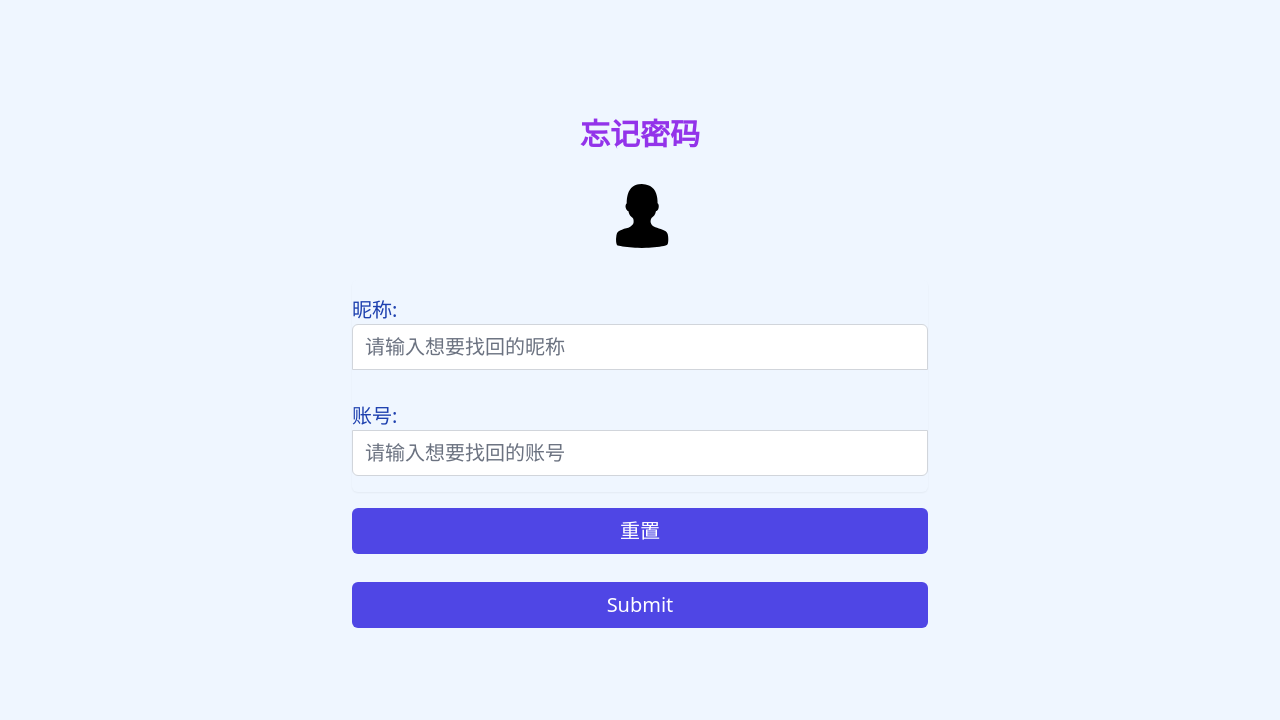
Repository: LiuRuohui/test_the_tailwindcss
Page: /
An editor plug-in stored every save of this project. The page is shown before and after the next save, followed by the edit.
The browser window is 1280 px wide. The pictures show the whole page.
The project was rebuilt for these pictures with package versions that can differ from the ones it lists, and the page was loaded fresh each time. Also part of the build but not shown: vite.config.js, src/components/WelcomingPage.vue, src/components/LoginPage.vue, src/components/MainPage.vue.

Above is the page before, as saved 2022-03-04 21:26:34.

### src/App.vue
<script setup>
import WelcomingPage from "./components/WelcomingPage.vue"
import RegisterPage from "./components/RegisterPage.vue"
import LoginPage from "./components/LoginPage.vue";
import MainPage from "./components/MainPage.vue";
import ForgetPasswd from "./components/ForgetPasswd.vue";
</script>

<template>
<!--<WelcomingPage class="bg-blue-50 page"></WelcomingPage>
<RegisterPage class="bg-blue-50 page"></RegisterPage>
<LoginPage class="bg-blue-50 page"></LoginPage>
<MainPage class="bg-blue-50 page"></MainPage>  -->
<ForgetPasswd class="bg-blue-50 page"></ForgetPasswd>
</template>

<style>
.page{
    height: 100vh;
}
</style>

### src/index.css
@tailwind base;
@tailwind components;
.inputFrame {
    @apply appearance-none rounded-none relative block w-full px-3 py-2 border border-gray-300 placeholder-gray-500 text-gray-900
}

.inputFrame:focus {
    @apply outline-none border-indigo-500 z-10 inline-block px-5 py-3 rounded-lg shadow-lg
}

.btn {
    @apply relative flex w-full justify-center py-2 border border-transparent font-medium rounded-md text-white bg-indigo-600
}

.btn:hover {
    @apply bg-indigo-700
}

.btn:focus {
    @apply outline-none ring-2 ring-offset-2 ring-indigo-500
}

@tailwind utilities;
@layer components {
    .card {
        background-color: theme('colors.blue.500');
        border-radius: theme('borderRadius.lg');
        padding: theme('spacing.6');
        box-shadow: theme('boxShadow.xl');
    }
    /* ... */
}

### src/components/ForgetPasswd.vue
<template>
<div class="flex items-center justify-center py-12 px-4 sm:px-6 lg:px-8c">
    <div class="sm:max-w-xl sm:object-center sm:object-cover w-full space-y-8">
        <div>
            <h2 class="mt-6 text-center text-3xl font-extrabold text-purple-600">忘记密码</h2>
        </div>
        <div>
            <img class="h-16 w-1/2 mx-auto" src="../assets/用户.svg" alt="这里有一张图片">
        </div>
    <form class="mt-8 space-y-4" action="#" method="POST">
      <div class="rounded-md shadow-sm sm:text-xl">
        <div class="py-4 text-blue-800">
          <label for="nickname">昵称:</label>
          <input id="nickname" name="nickname" type="nickname" autocomplete="nickname" required class="inputFrame rounded-t-md  sm:text-xl" placeholder="请输入想要找回的昵称">
        </div>
        <div class="py-4 text-blue-800">
          <label for="account">账号:</label>
          <input id="account" name="account" type="account" autocomplete="current-account" required class="inputFrame rounded-b-md sm:text-xl" placeholder="请输入想要找回的账号">
        </div>
      </div>
      <div class="sm:text-xl sm:mt-8">
        <input value="重置" type="reset" @click="reset" class="btn group sm:text-xl text-center">
        <br>
        <input @click="submit" type="submit" class="btn group sm:text-xl">
      </div>
    </form>
    </div>
</div>
</template>

<script setup>

function seeFunctions(){
  alert("See functions")
}

function reset() {
  var confirmation = confirm('确定要重置数据吗？')
  if(confirmation == true){
    alert('你表单没了')
  }
  else{
    alert('你表单还是没了')
  }
}

function submit() {
  alert('提交数据注册 注册成功返回警示框 注册失败返回原因')
}

</script>

### tailwind.config.js
module.exports = {
    content: [
        "./index.html",
        "./src/**/*.{vue,js,ts,jsx,tsx}",
    ],
    theme: {
        extend: {},
    },
    variants: {
        backgroundColor: ['responsive', 'hover', 'focus', 'active']
    },
    plugins: [],
}

### src/components/RegisterPage.vue
<template>
<div class="flex items-center justify-center py-12 px-4 sm:px-6 lg:px-8c">
    <div class="sm:max-w-xl sm:object-center sm:object-cover w-full space-y-8">
        <div>
            <h2 class="mt-6 text-center text-3xl font-extrabold text-purple-600">注册</h2>
        </div>
        <div>
            <img class="h-16 w-1/2 mx-auto" src="../assets/用户.svg" alt="这里有一张图片">
        </div>
    <form class="mt-8 space-y-4" action="#" method="POST">
      <div class="rounded-md shadow-sm sm:text-xl">
        <div class="py-4 text-blue-800">
          <label for="email-address" class="sr-only ">Account</label>
          <input id="email-address" name="email" type="email" autocomplete="email" required class="appearance-none rounded-none relative block w-full px-3 py-2 border border-gray-300 placeholder-gray-500 text-gray-900 rounded-t-md focus:outline-none focus:ring-indigo-500 focus:border-indigo-500 focus:z-10 sm:text-sm" placeholder="Please input your account">
        </div>
        <div class="py-4 text-blue-800">
          <label for="nickname">昵称:</label>
          <input id="nickname" name="nickname" type="nickname" autocomplete="nickname" required class="inputFrame rounded-t-md  sm:text-xl" placeholder="请输入昵称">
        </div>
        <div class="py-4 text-blue-800">
          <label for="account">账号:</label>
          <input id="account" name="account" type="account" autocomplete="current-account" required class="inputFrame rounded-b-md sm:text-xl" placeholder="请输入账号">
        </div>
        <div class="py-4 text-blue-800">
          <label for="passwd">密码:</label>
          <input id="passwd" name="passwd" type="password" autocomplete="current-password" required class="inputFrame rounded-b-md  sm:text-xl" placeholder="请输入密码">
        </div>
        <div class="py-4 text-blue-800">
          <label for="passwd">再次输入密码:</label>
          <input id="passwd" name="passwd" type="password" autocomplete="current-password" required class="inputFrame rounded-b-md sm:text-xl" placeholder="请再次输入密码">
        </div>
      </div>

      <div class="flex items-center justify-between">
        <div class="text-sm sm:text-xl">
          <a href="#" class="font-medium text-indigo-800 hover:text-indigo-500" @click="seeFunctions"> 查看我们的功能 </a>
        </div>
        <div class="flex items-center">
          <input id="remember-me" name="remember-me" type="checkbox" class="h-4 w-4 text-indigo-600 focus:ring-indigo-500 border-gray-300 rounded">
          <label for="remember-me" class="ml-2 block sm:text-xl text-gray-900"> 同意隐私协议 </label>
        </div>
      </div>
      <div class="sm:text-xl sm:mt-8">
        <input value="重置" type="reset" @click="reset" class="btn group sm:text-xl text-center">
        <br>
        <input @click="submit" type="submit" class="btn group sm:text-xl">
      </div>
    </form>
    </div>
</div>
</template>

<script setup>

function seeFunctions(){
  alert("See functions")
}

function reset() {
  var confirmation = confirm('确定要重置数据吗？')
  if(confirmation == true){
    alert('你表单没了')
  }
  else{
    alert('你表单还是没了')
  }
}

function submit() {
  alert('提交数据注册 注册成功返回警示框 注册失败返回原因')
}

</script>

Loaded but not shown: index.html (common file); src/main.js (common file)

After the next save:
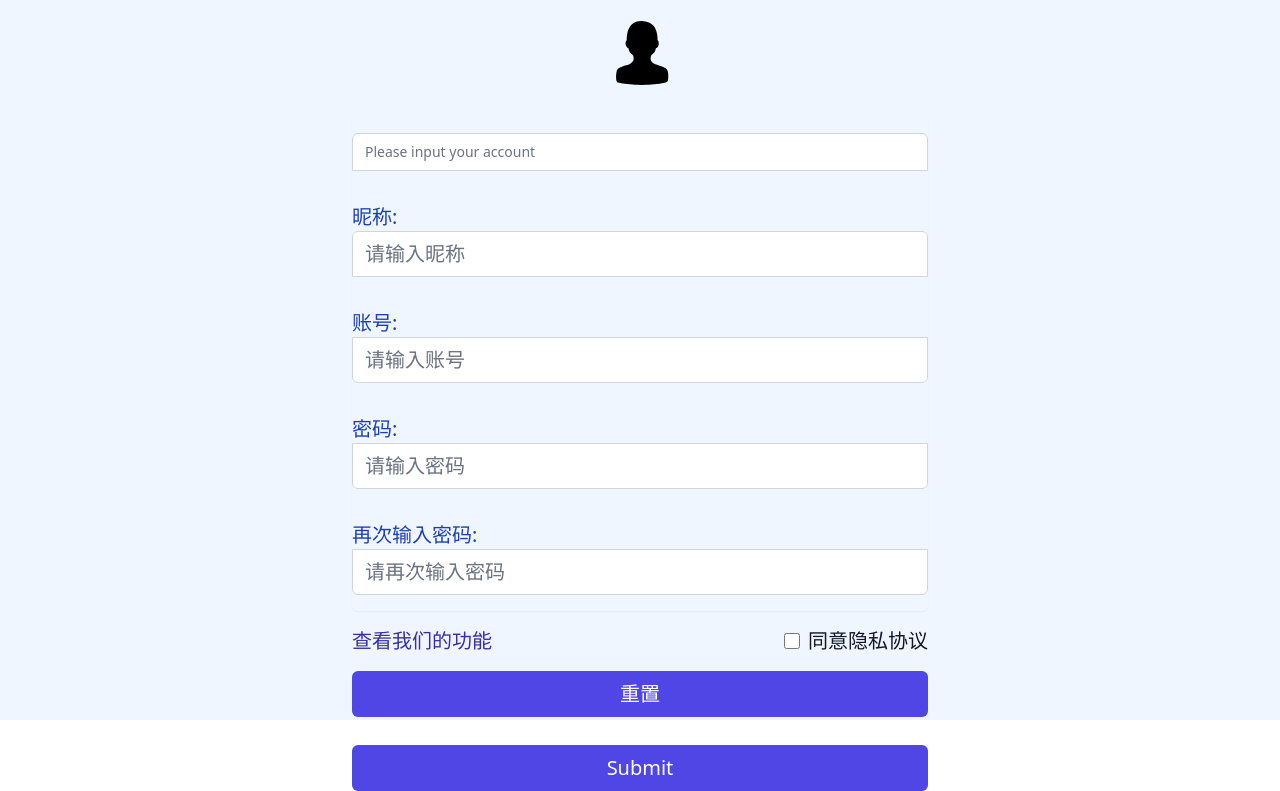
Saved 3 min 27 s later.
--- a/src/App.vue
+++ b/src/App.vue
@@ -10,8 +10,9 @@ import ForgetPasswd from "./components/ForgetPasswd.vue";
 <!--<WelcomingPage class="bg-blue-50 page"></WelcomingPage>
 <RegisterPage class="bg-blue-50 page"></RegisterPage>
 <LoginPage class="bg-blue-50 page"></LoginPage>
-<MainPage class="bg-blue-50 page"></MainPage>  -->
-<ForgetPasswd class="bg-blue-50 page"></ForgetPasswd>
+<MainPage class="bg-blue-50 page"></MainPage>
+<ForgetPasswd class="bg-blue-50 page"></ForgetPasswd> -->
+<RegisterPage class="bg-blue-50 page"></RegisterPage>
 </template>
 
 <style>
